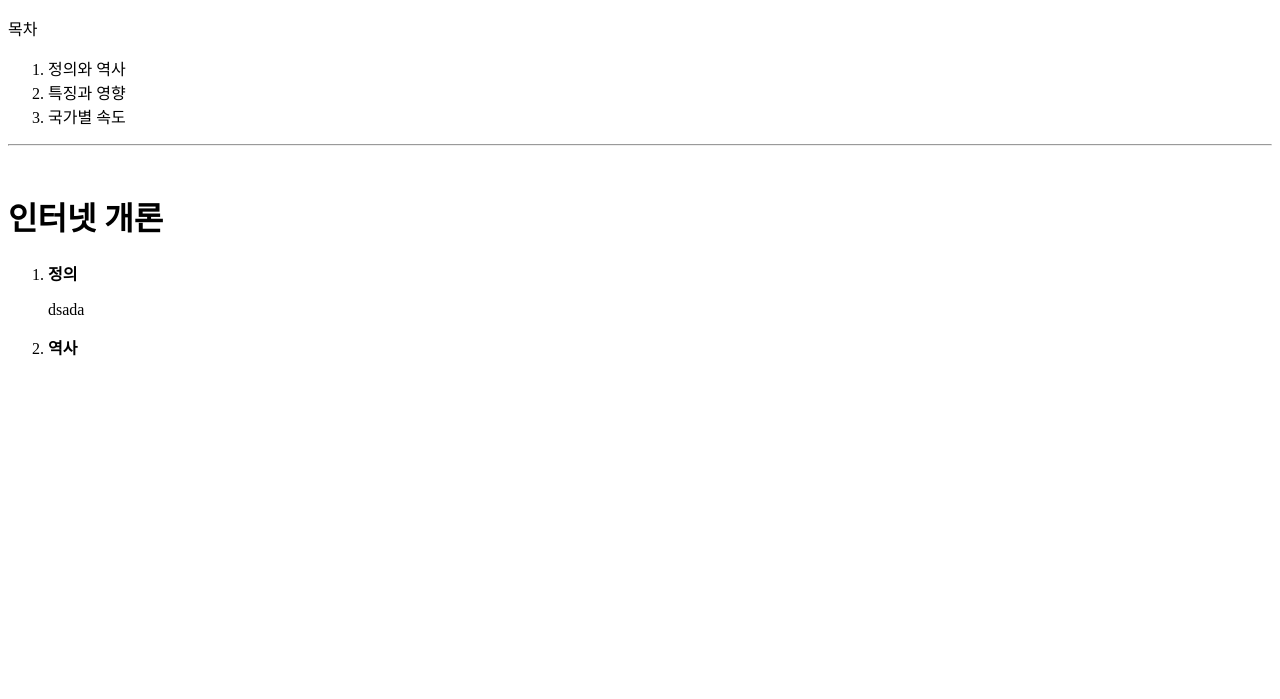
Repository: jeemaru/htme_01
Page: html_01/hw02/ex_01.html
The author's editor kept a copy of each file at every save. The page is drawn from the files as they stood at one save, then again after the next save.
The browser window is 1280 px wide. The pictures show the whole page.

Above is the page before, as saved 2022-04-05 09:05:27.

After the next save:
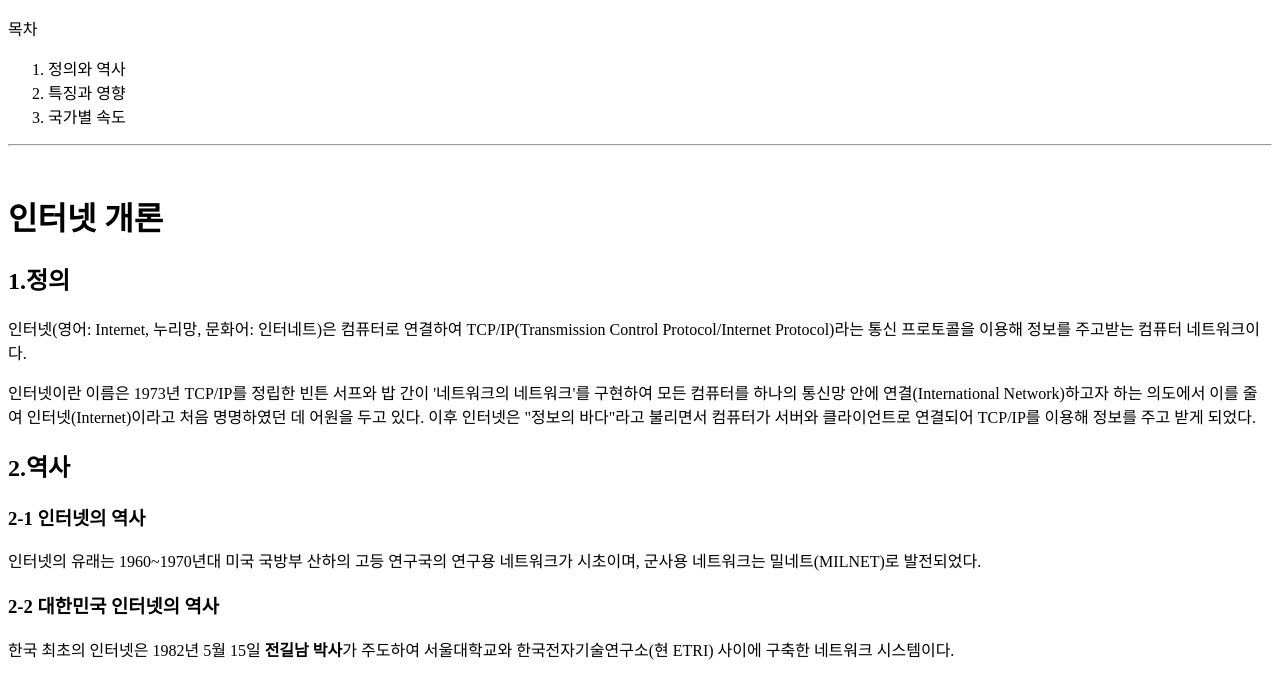
Saved 6 min 22 s later.
--- a/html_01/hw02/ex_01.html
+++ b/html_01/hw02/ex_01.html
@@ -18,12 +18,26 @@
 		<br>
 
 		<h1>인터넷 개론</h1>
-			<ol>
-				<li><strong>정의</strong></li>
-					<p>dsada</p>
-				<li><strong>역사</strong></li>
-			</ol>
 
+		<h2>1.정의</h2>
+			<p>인터넷(영어: Internet, 누리망, 문화어: 인터네트)은 컴퓨터로 연결하여 TCP/IP(Transmission Control
+			   Protocol/Internet Protocol)라는 통신 프로토콜을 이용해 정보를 주고받는 컴퓨터 네트워크이다.
+			</p>
+			<p>인터넷이란 이름은 1973년 TCP/IP를 정립한 빈튼 서프와 밥 간이 '네트워크의 네트워크'를
+			   구현하여 모든 컴퓨터를 하나의 통신망 안에 연결(International Network)하고자 하는 의도에서
+			   이를 줄여 인터넷(Internet)이라고 처음 명명하였던 데 어원을 두고 있다.
+			   이후 인터넷은 "정보의 바다"라고 불리면서 컴퓨터가 서버와 클라이언트로 연결되어 TCP/IP를
+			   이용해 정보를 주고 받게 되었다.
+			</p>
+		<h2>2.역사</h2>
+		<h3>2-1 인터넷의 역사</h3>
+			<p>인터넷의 유래는 1960~1970년대 미국 국방부 산하의 고등 연구국의 연구용 네트워크가 시초이며,
+               군사용 네트워크는 밀네트(MILNET)로 발전되었다.
+            </p>
+        <h3>2-2 대한민국 인터넷의 역사</h3>
+        	<P>한국 최초의 인터넷은 1982년 5월 15일 <strong>전길남 박사</strong>가 주도하여 서울대학교와
+               한국전자기술연구소(현 ETRI) 사이에 구축한 네트워크 시스템이다.
+			</P>
 
 	</body>
 </html>
